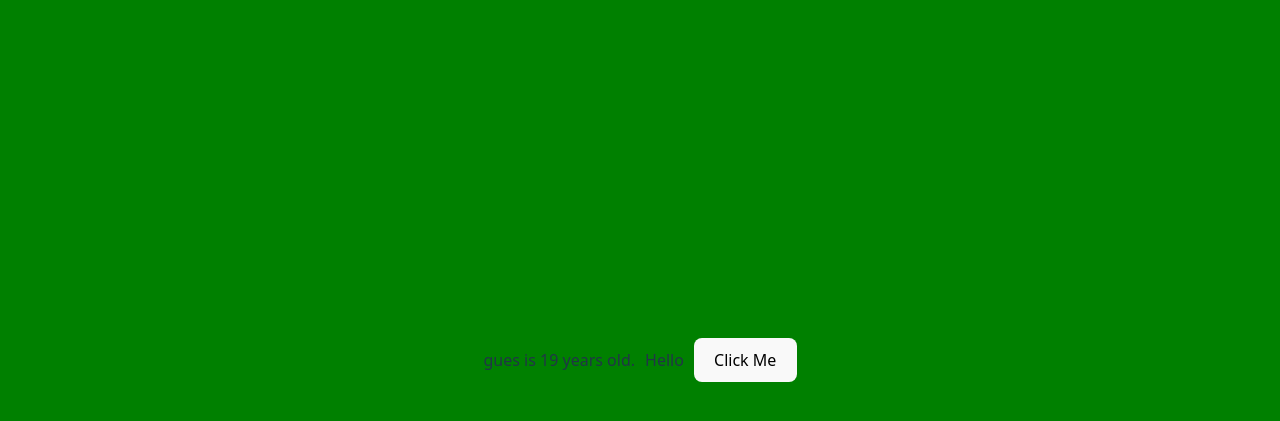
Repository: DaneJuswa/LearningReact
Page: / (app in reactProject/)
The author's editor kept a copy of each file at every save. The page is drawn from the files as they stood at one save, then again after the next save.
The browser window is 1280 px wide. The pictures show the whole page.
The project was rebuilt for these pictures with package versions that can differ from the ones it lists, and the page was loaded fresh each time. Also part of the build but not shown: reactProject/vite.config.js.

Above is the page before, as saved 2025-09-15 16:31:19.

### reactProject/src/main.jsx
import { StrictMode } from 'react'
import { createRoot } from 'react-dom/client'
import App from './App.jsx'
import './index.css'
import Cards from './Cards.jsx'

createRoot(document.getElementById('root')).render(
  <StrictMode>
    <App/>

  </StrictMode>,
)

### reactProject/src/App.jsx
import './App.css'
import Cards from './Cards'
import Button from './Button';
function App() {
  return (
    <>
      <Cards/>
      <Button/>
    </>
  );
}

export default App   // 👈 end App here, don’t mix Button

### reactProject/src/Cards.jsx

import PropTypes from "prop-types";

function Cards({ name = "gues", age=19 }) {
  return <p>{name} is {age} years old.</p>;
}


Cards.defaultProps = {
    name : "Guest",
    age: 0
}
export default Cards;

### reactProject/src/App.css
#root {
  width: 100%;
  display: flex;
   flex-direction: row ;
   column-gap: 10px;
  justify-content: center;
  align-items: center;
  min-height: 100vh; /* make sure it's vertically centered */
  background-color: green;
  margin: 0; /* remove default spacing */
}

.card-container {
  width: 150px;
  height: 200px;
  background-color: aquamarine;
  border-radius: 10px; /* rounded corners */
  box-shadow: 0 4px 6px rgba(0,0,0,0.1); /* subtle shadow */
  display: flex;
  flex-direction: column;
  justify-content: center;
  align-items: center;
  font-family: sans-serif;
  gap: 10px; /* spacing between image & text */
}

.card-container:hover{
  box-shadow: 10px 10px 10px rgba(0,0,0,0.1);
  cursor: pointer;
}

### reactProject/src/Button.jsx
function Button(){

    const handleClick = () =>{console.log("button clicked")}
    return (
        <>
        <p>Hello</p>
        <button onClick={handleClick}>Click Me</button>
        </>

    )
}
export default Button

Loaded but not shown: reactProject/index.html (common file); reactProject/src/index.css (common file)

After the next save:
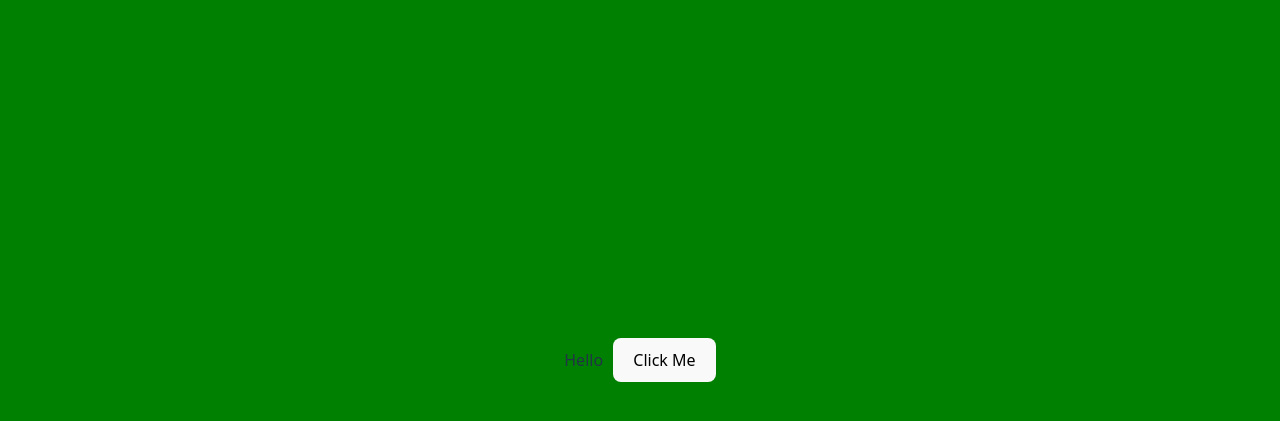
Saved 8 s later.
--- a/reactProject/src/App.jsx
+++ b/reactProject/src/App.jsx
@@ -4,7 +4,7 @@ import Button from './Button';
 function App() {
   return (
     <>
-      <Cards/>
+
       <Button/>
     </>
   );
